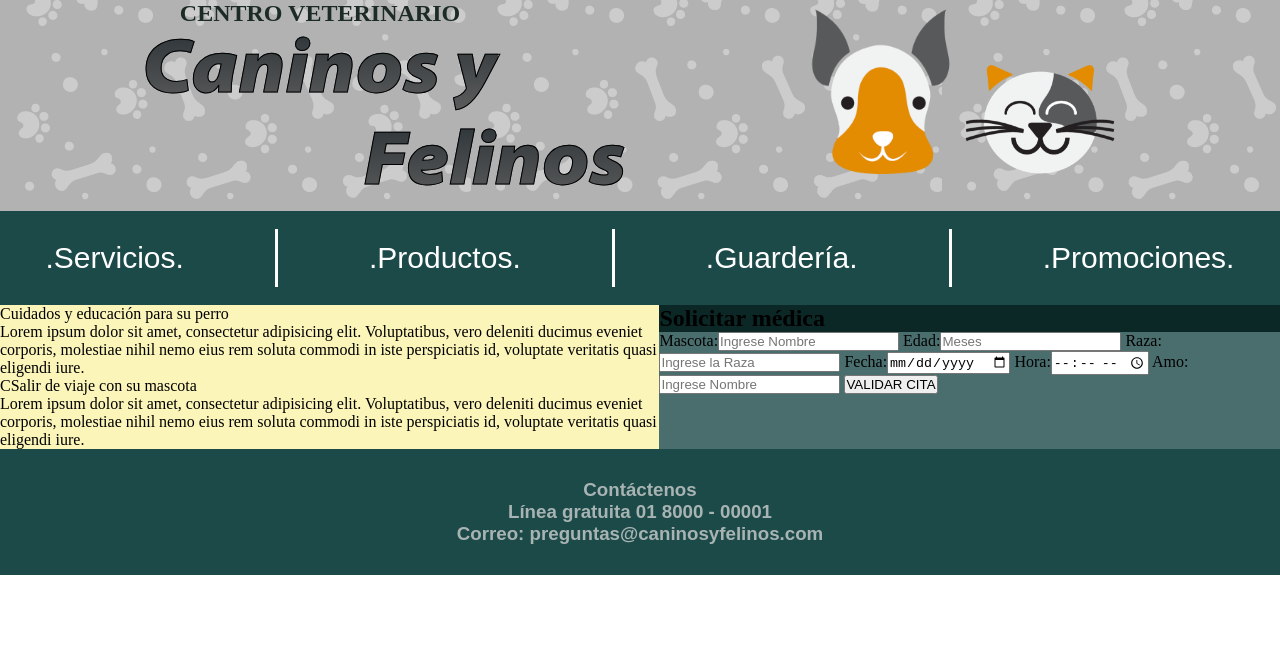
Repository: mariomr87/senaweb01
Page: principal.html
The author's editor kept a copy of each file at every save. The page is drawn from the files as they stood at one save, then again after the next save.
The browser window is 1280 px wide. The pictures show the whole page.

Above is the page before, as saved 2021-10-23 09:28:17.

### principal.html
<!DOCTYPE html>
<html lang="en">
<head>
    <meta charset="UTF-8">
    <meta http-equiv="X-UA-Compatible" content="IE=edge">
    <meta name="viewport" content="width=device-width, initial-scale=1.0">
    <link rel="stylesheet" href="estilos.css">
    <title>Document</title>
</head>
<body>
    <div>
        <header>
            <div id="cabecera">
                <div class="header-text">
                    <h3>CENTRO VETERINARIO</h3>
                    <h1><span id="header-text-degrad">Caninos y <br><span id="text-felinos">Felinos</span></spa></h1>
                </div>
                <div class="header-img">
                    <img src="./imagenes/dog_white.png" alt="">
                    <img src="./imagenes/cat_white.png" alt="">
                </div>
            </div>
        </header>
        <nav>
            <td>
                <tr><a href="">.Servicios.</a><span class="linea"></span></tr>
                <tr><a href="">.Productos.</a><span class="linea"></span></tr>
                <tr><a href="">.Guardería.</a><span class="linea"></span></tr>
                <tr><a href="">.Promociones.</a></tr>
            </td>
        </nav>
        <div class="centro-pag">
            <section>
                <article>
                    <p>Cuidados y educación para su perro</p>
                    <p>Lorem ipsum dolor sit amet, consectetur adipisicing elit. Voluptatibus, vero deleniti ducimus eveniet corporis, molestiae nihil nemo eius rem soluta commodi in iste perspiciatis id, voluptate veritatis quasi eligendi iure.</p>
                </article>
                <article>
                    <p>CSalir de viaje con su mascota</p>
                    <p>Lorem ipsum dolor sit amet, consectetur adipisicing elit. Voluptatibus, vero deleniti ducimus eveniet corporis, molestiae nihil nemo eius rem soluta commodi in iste perspiciatis id, voluptate veritatis quasi eligendi iure.</p>
                </article>
            </section>
            <aside>
                <form action="">
                    <div><h2>Solicitar médica</h2></div>
                    <div class="cuestionario">
                        <label for="mascota_name">Mascota:</label><input type="text" placeholder="Ingrese Nombre" id="">
                        <label for="age_pet">Edad:</label><input type="number" name="" id="" placeholder="Meses">
                        <label for="raza_pet">Raza:</label><input type="text" name="" id="" placeholder="Ingrese la Raza">
                        <label for="fecha_ingreso_pet">Fecha:</label><input type="date" name="" id="">
                        <label for="hora_ingreso_pet">Hora:</label><input type="time" name="" id="">
                        <label for="amo_pet">Amo:</label><input type="text" name="" id="" placeholder="Ingrese Nombre">
                        <button type="submit">VALIDAR CITA</button>
                    </div>
                </form>
            </aside>
        </div>
        <footer>
            <h3>Contáctenos</h3>
            <h3>Línea gratuita 01 8000 - 00001</h3>
            <h3>Correo: preguntas@caninosyfelinos.com</h3>
        </footer>
    </div>
</body>
</html>

### estilos.css
*{
    margin: 0px;
    padding: 0px;
}

@font-face {
    font-family: Myriad_Pro ;
    src: url(./extra/MyriadProBlackSemiExtendedItalic.otf);
}

h1{
    font-family: Myriad_pro;
}

header div img{
    width: 10em;
}

#cabecera{
    background-image: url("./imagenes/fondo.png");
    background-repeat: initial;
    width: 100%;
    display: flex;
    text-align: center;
}

.header-text,.header-img{
    width:50%;
}

.header-text h3{
    font-size: 1.5em;
    color:#1c2c24;
}

.header-text h1{
    font-size: 4.8em;
}

#header-text-degrad{
    background: linear-gradient(#30373b,#5c5c5c);
    -webkit-background-clip: text;
    -webkit-text-fill-color: transparent;
    -webkit-text-stroke: 1px black;
}

#text-felinos{
    margin-left: 350px;
}

nav{
    display: flex;
    flex-direction: row;
    justify-content: space-around;
    background: #1c4a48;
}

nav a{
    color: #fff;
    text-decoration: none;
    font-size: 30px;
    font-family: Arial, Helvetica, sans-serif;
    padding: 30px 0;

}

.linea{
    border-right: 3px solid #fff;
    margin: 18px 0;
}

.centro-pag{
    display: flex;
}

section{
    flex-direction: column;
    background: #fbf5ba;

}

.cuestionario{
    display: block;
}

form  div h2{
    background:#0b2826 ;
}

aside{
    background: #496e6d;
}

footer{
    text-align: center;
    background: #1c4a48;
    color: #a8b4b3;
    padding: 30px 0;
    font-family: Arial, Helvetica, sans-serif;
}

After the next save:
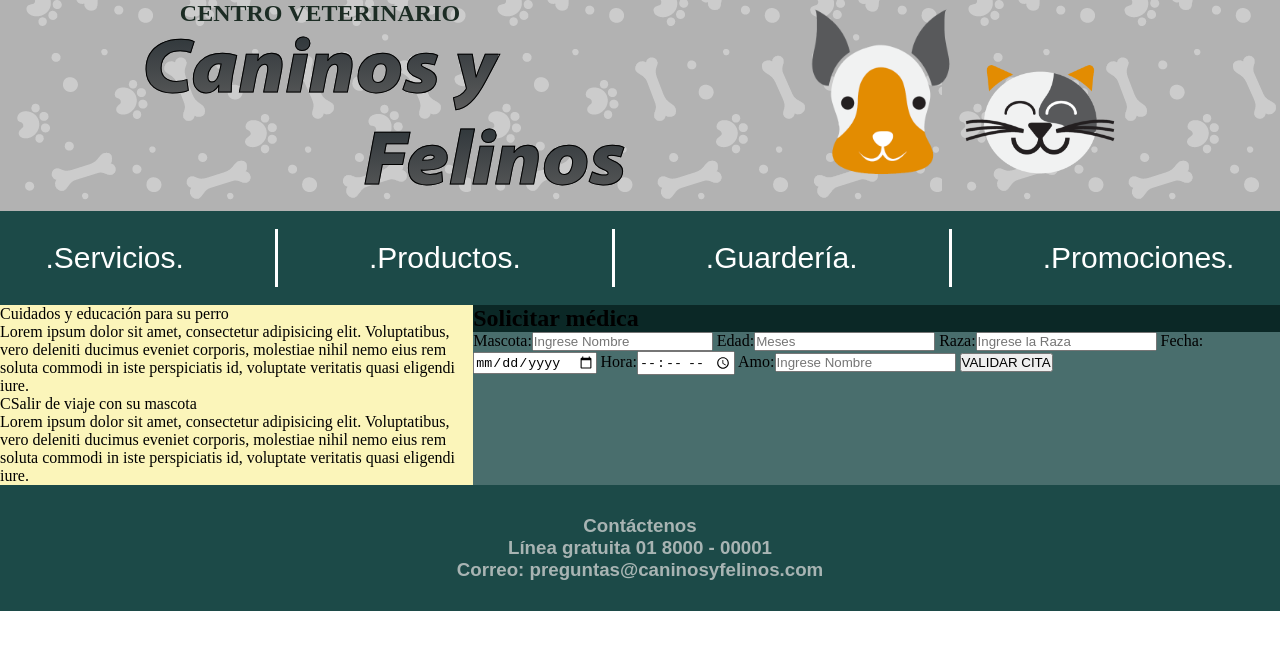
Saved 74 s later.
--- a/estilos.css
+++ b/estilos.css
@@ -76,11 +76,12 @@ nav a{
 section{
     flex-direction: column;
     background: #fbf5ba;
+    width: 60%;
 
 }
 
 .cuestionario{
-    display: block;
+
 }
 
 form  div h2{
